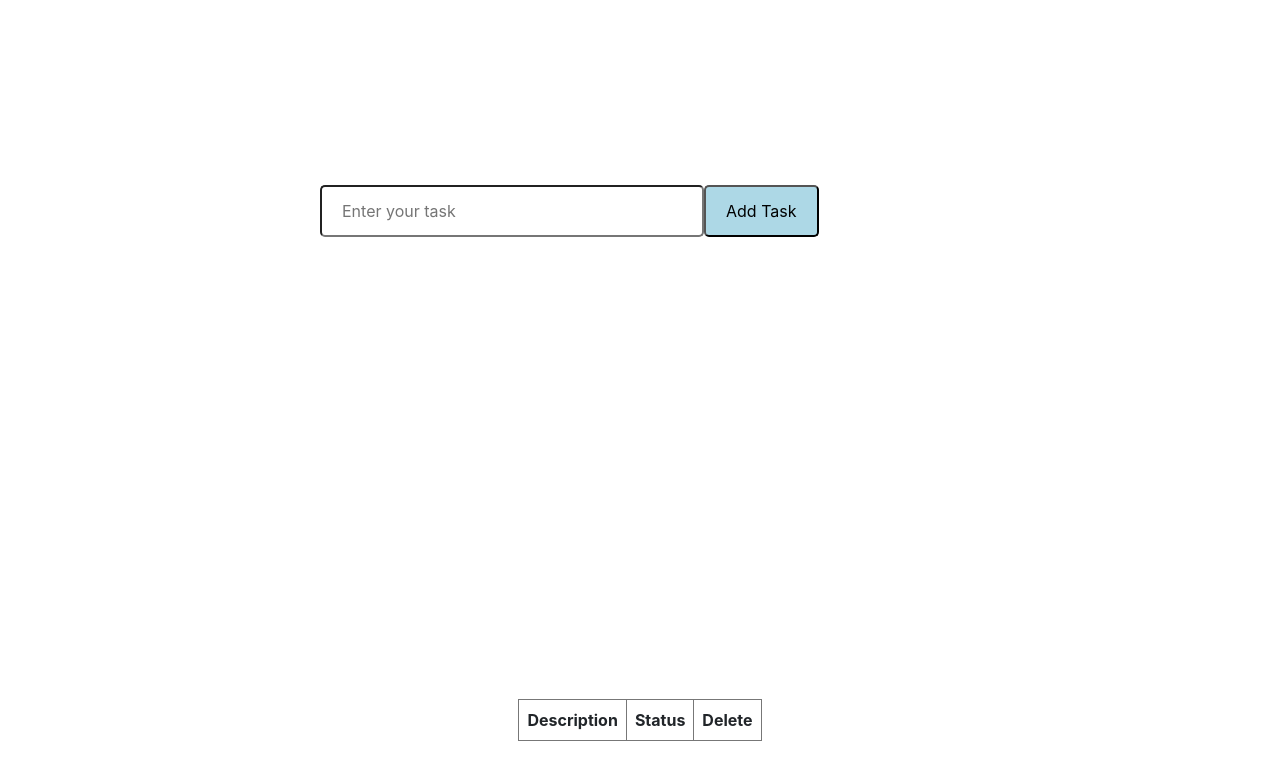
Repository: 12Arc/todoapp
Page: / (app in client/)
These files come from the project's save history. The page is drawn as it stood at one moment and after the next save; the edit follows.
The browser window is 1280 px wide. The pictures show the whole page.
The page's requests for data from a server got no answer. Some web libraries are served in a nearby version. The project was rebuilt for these pictures with package versions that can differ from the ones it lists, and the page was loaded fresh each time. No one was signed in, and anything a server would have sent is missing.

Above is the page before, as saved 2024-05-14 00:06:04.

After the next save:
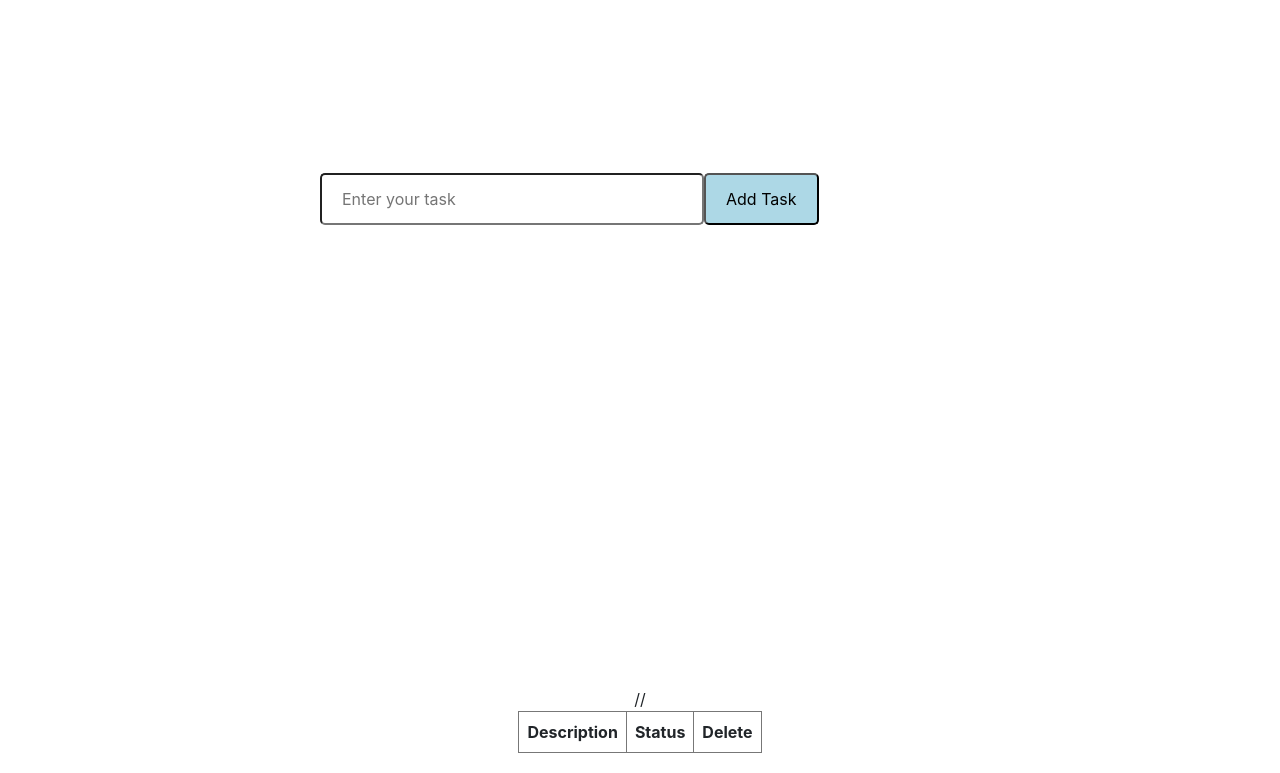
Saved 111 s later.
--- a/client/src/App.js
+++ b/client/src/App.js
@@ -12,7 +12,7 @@ function App() {
 
           <AddTask />
 
-          <ListTodo />
+         // <ListTodo />
 
     </div>
 
